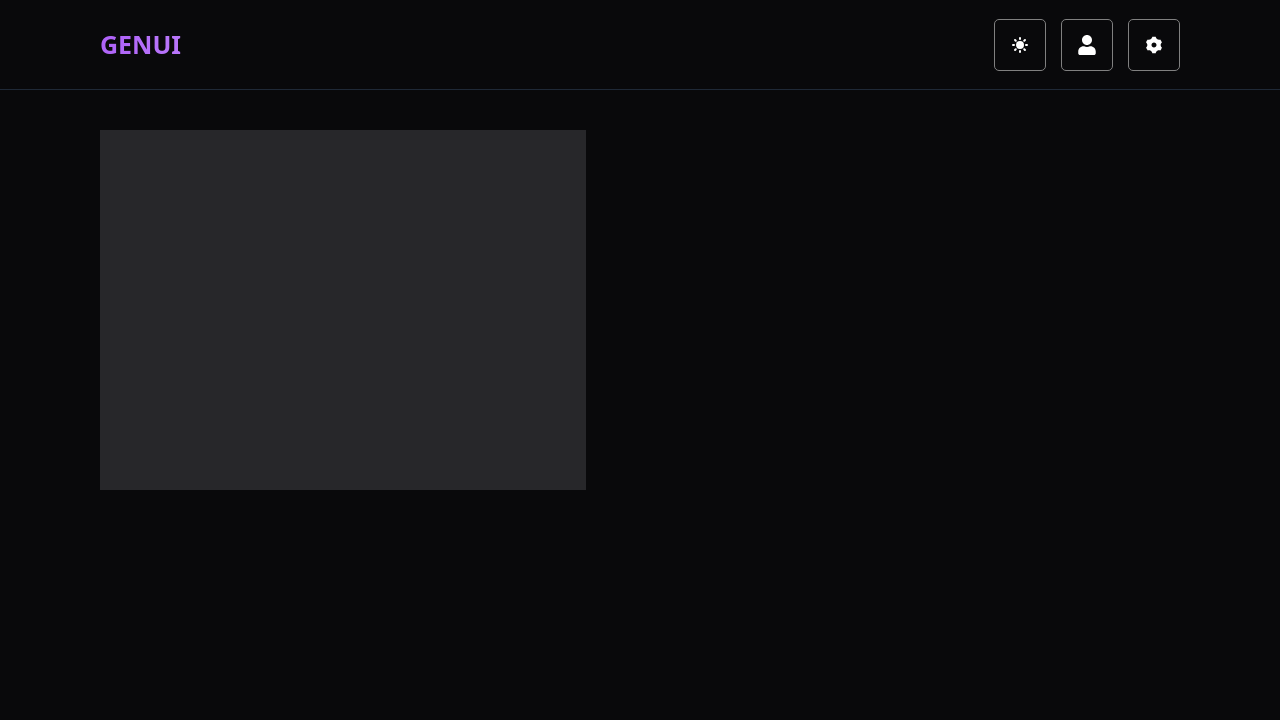
Repository: amanshukl6202/Ai-Component-Generator
Page: / (app in AI-Component-Generator-main/)
The author's editor kept a copy of each file at every save. The page is drawn from the files as they stood at one save, then again after the next save.
The browser window is 1280 px wide. The pictures show the whole page.
The project was rebuilt for these pictures with package versions that can differ from the ones it lists, and the page was loaded fresh each time. Also part of the build but not shown: AI-Component-Generator-main/vite.config.js, AI-Component-Generator-main/src/pages/NoPage.jsx.

Above is the page before, as saved 2026-05-17 18:05:36.

After the next save:
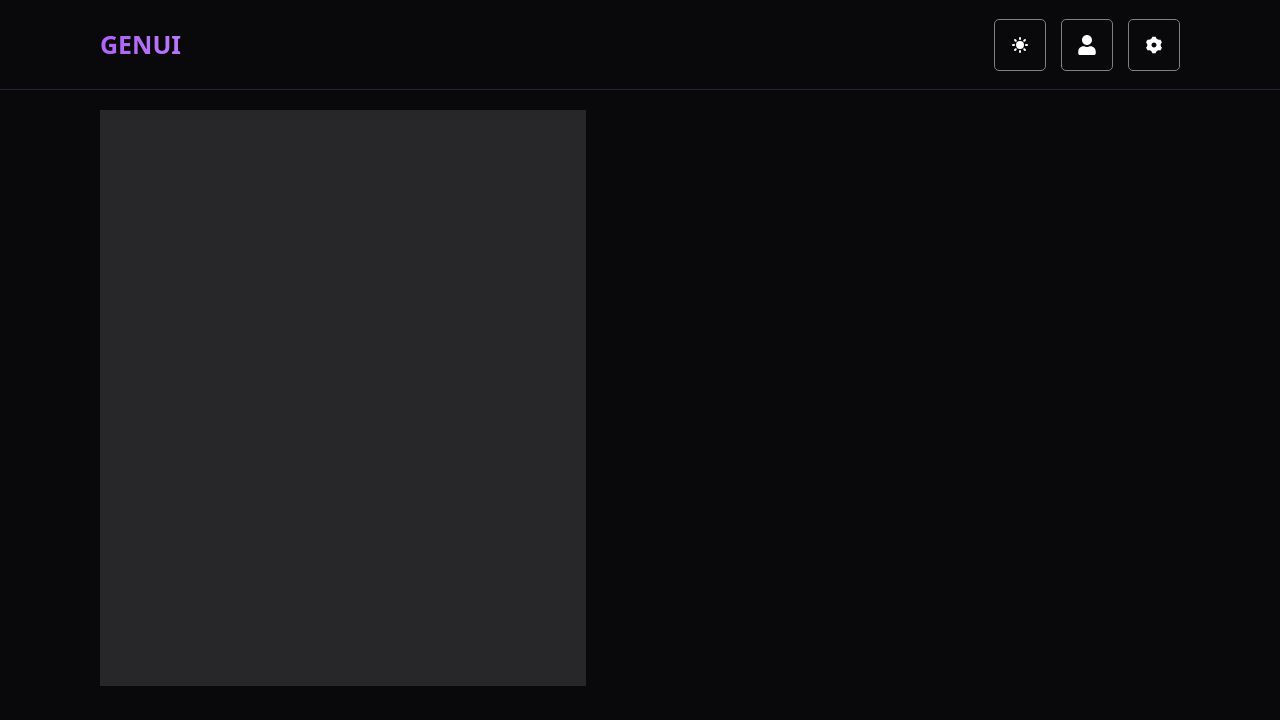
Saved 111 s later.
--- a/AI-Component-Generator-main/src/pages/Home.jsx
+++ b/AI-Component-Generator-main/src/pages/Home.jsx
@@ -8,7 +8,8 @@
     <Navbar/>
 
     <div className="flex items-center px-[100px] justify-between gap-[20ox]">
-        <div className="left w-[45%] h-[50vh] bg-zinc-800 mt-10"></div>
+        <div className="left w-[45%] h-[80vh] bg-zinc-800 mt-5"></div>
+        <div className="right"></div>
 
     </div>
   </>
